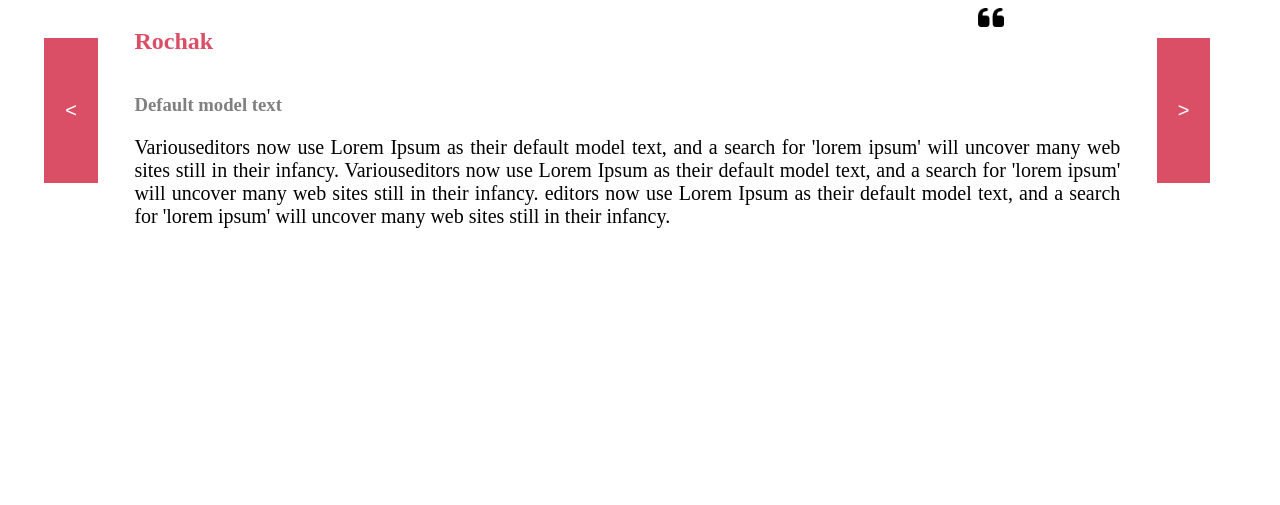
Repository: AVINKUMARP/gifts
Page: demo2.html
These files come from the project's save history. The page is drawn as it stood at one moment and after the next save; the edit follows.
The browser window is 1280 px wide. The pictures show the whole page.

Above is the page before, as saved 2023-08-24 14:07:19.

### demo2.html
<!DOCTYPE html>
<html lang="en">
<head>
    <meta charset="UTF-8">
    <meta name="viewport" content="width=device-width, initial-scale=1.0">
    <title>Document</title>
    <style>
        .container{
            display: flex;
            flex-wrap: wrap;
            text-align: center;
            margin: ;
        }
        .cbutl{
            width: 10%;
        }
        .cpara{
            width: 78%;
        }
        .cbutr{
            width: 10%;
        }
        .csub{
            display: flex;
            flex-wrap: wrap;
            justify-content: space-between;
        }
        .cbutl button{
            background-color: #db4f66;
            color: white;
            border:1px solid #db4f66;
            padding: 60px 20px;
            font-size: 20px;
        }
        .cbutl{
            padding-top: 30px;
        }
        .csub h2{
            text-align: start;

        }
        .ch h2{
            color:#db4f66;
        }
        .cpara h3{
            color:gray;
        }
        .cpara h3{
            text-align: start;
        }
        .cpara p{
            text-align: justify;
            font-size: 20px;
        }
    </style>
</head>
<body>
    <div class="container">
        <div class="cbutl"><button><</button></div>
        <div class="cpara">
            <div class="csub">
                <div class="ch"><h2>Rochak</h2>
                </div>
                <div class="cicon"><img src="./images/icon.png" alt="loading..." width="10%"></div>
            </div>
            <h3>Default model text</h3>
            <p>Variouseditors now use Lorem Ipsum as their default model text, and a search for 'lorem ipsum' will uncover many web sites still in their infancy. Variouseditors now use Lorem Ipsum as their default model text, and a search for 'lorem ipsum' will uncover many web sites still in their infancy. editors now use Lorem Ipsum as their default model text, and a search for 'lorem ipsum' will uncover many web sites still in their infancy.</p>
        </div>
        <div class="cbutl"><button>></button></div>
    </div>
</body>
</html>

After the next save:
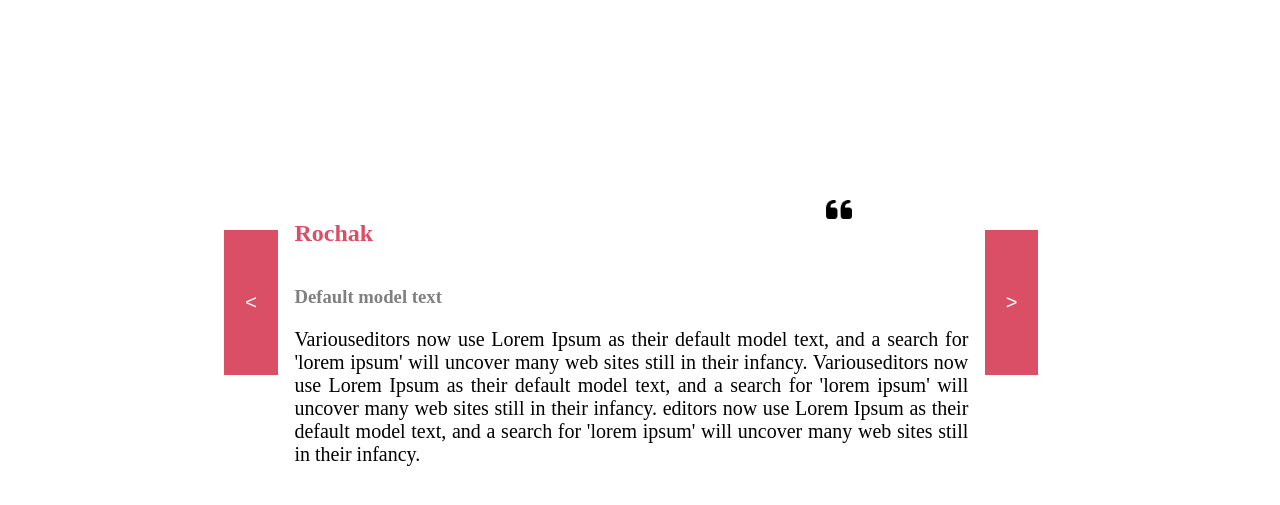
Saved 39 s later.
--- a/demo2.html
+++ b/demo2.html
@@ -9,7 +9,7 @@
             display: flex;
             flex-wrap: wrap;
             text-align: center;
-            margin: ;
+            margin: 200px;
         }
         .cbutl{
             width: 10%;
